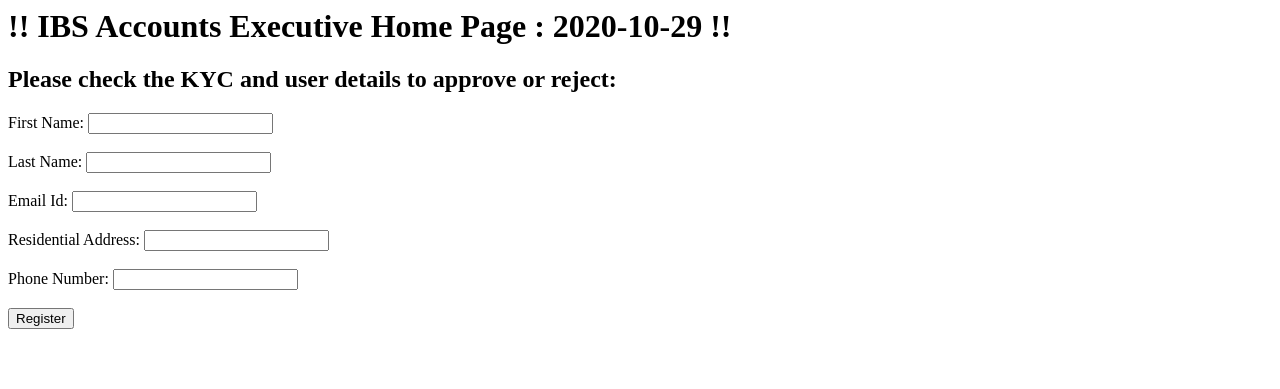
Repository: anik84/ibs
Page: http://localhost/IBS/ibs_accounts_executive_home_form.jsp
An editor plug-in stored every save of this project. The page is shown before and after the next save, followed by the edit.
The browser window is 1280 px wide. The pictures show the whole page.
The page is served by Tomcat 9. Other server files are loaded and not shown.

Above is the page before, as saved 2020-10-29 16:16:52.

### IBS_JSPs/IBS/WebContent/ibs_accounts_executive_home_form.jsp
<%@page import="java.time.LocalDate"%>
<html>
<head>
<title>ibs accounts executive home page</title>
</head>
<body>
	<h1>
		!! IBS Accounts Executive Home Page :
		<%=LocalDate.now()%>
		!!
	</h1>
	<h2>Please check the KYC and user details to approve or reject:</h2>

	<form action="addotherbenefacct" method="POST">
		<div>
			<label>First Name: </label> <input type="text" name="firstName"
				required />
		</div>
		<br />
		<div>
			<label>Last Name: </label> <input type="text" name="lastName"
				required />
		</div>
		<br />
		<div>
			<label>Email Id: </label> <input type="text" name="emailId" required />
		</div>
		<br />
		<div>
			<label>Residential Address: </label> <input type="text"
				name="address" required />
		</div>
		<br />
		<div>
			<label>Phone Number: </label> <input type="number" name="phoneNo"
				required />
		</div>
		<br />
		<div>
			<button>Register</button>
		</div>
	</form>
</body>
</html>

After the next save:
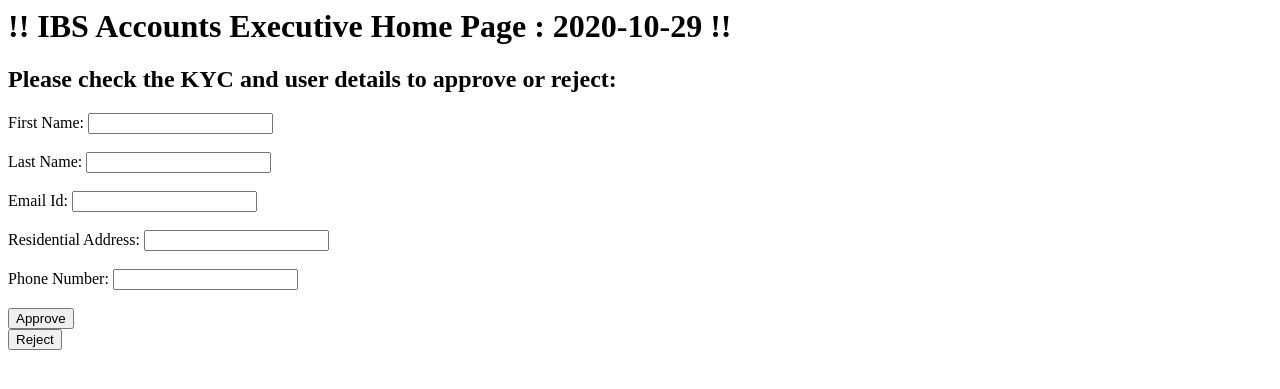
Saved 26 s later.
--- a/IBS_JSPs/IBS/WebContent/ibs_accounts_executive_home_form.jsp
+++ b/IBS_JSPs/IBS/WebContent/ibs_accounts_executive_home_form.jsp
@@ -37,7 +37,10 @@
 		</div>
 		<br />
 		<div>
-			<button>Register</button>
+			<button>Approve</button>
+		</div>
+		<div>
+			<button>Reject</button>
 		</div>
 	</form>
 </body>
